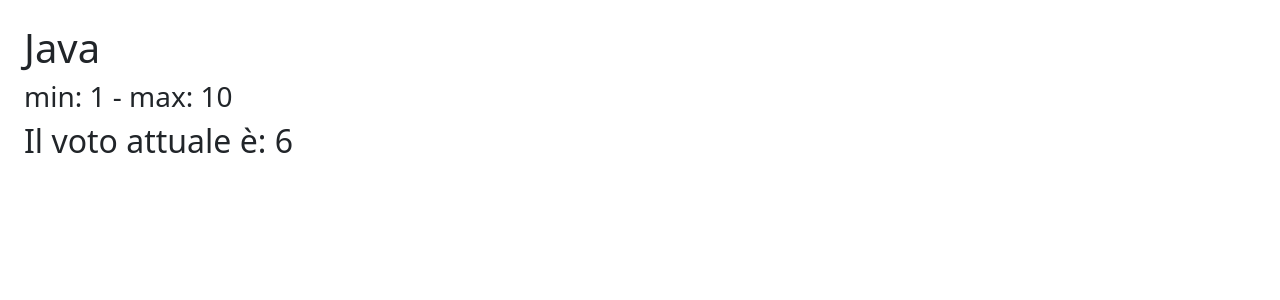
Repository: rubinettiStefano/spieg
Page: /
The author's editor kept a copy of each file at every save. The page is drawn from the files as they stood at one save, then again after the next save.
The browser window is 1280 px wide. The pictures show the whole page.
The project was rebuilt for these pictures with package versions that can differ from the ones it lists, and the page was loaded fresh each time.

Above is the page before, as saved 2024-03-27 11:09:20.

After the next save:
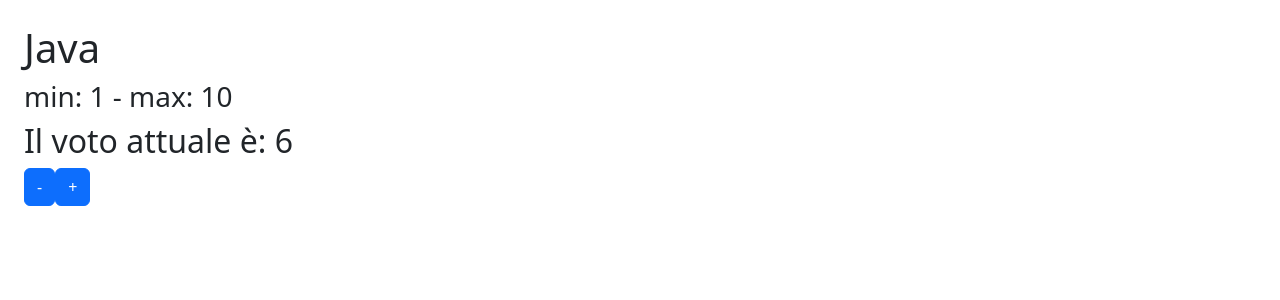
Saved 88 s later.
--- a/src/Subject.jsx
+++ b/src/Subject.jsx
@@ -25,7 +25,8 @@ export default function Subject(props) /* props -> {name:"Java",min:1,max:10} */
             <h3>min: {props.min} - max: {props.max}</h3>
 
             <h2>Il voto attuale è: {grade}</h2>
-
+            <button className="btn btn-primary">-</button>
+            <button className="btn btn-primary">+</button>
         </div>
     );
 }
